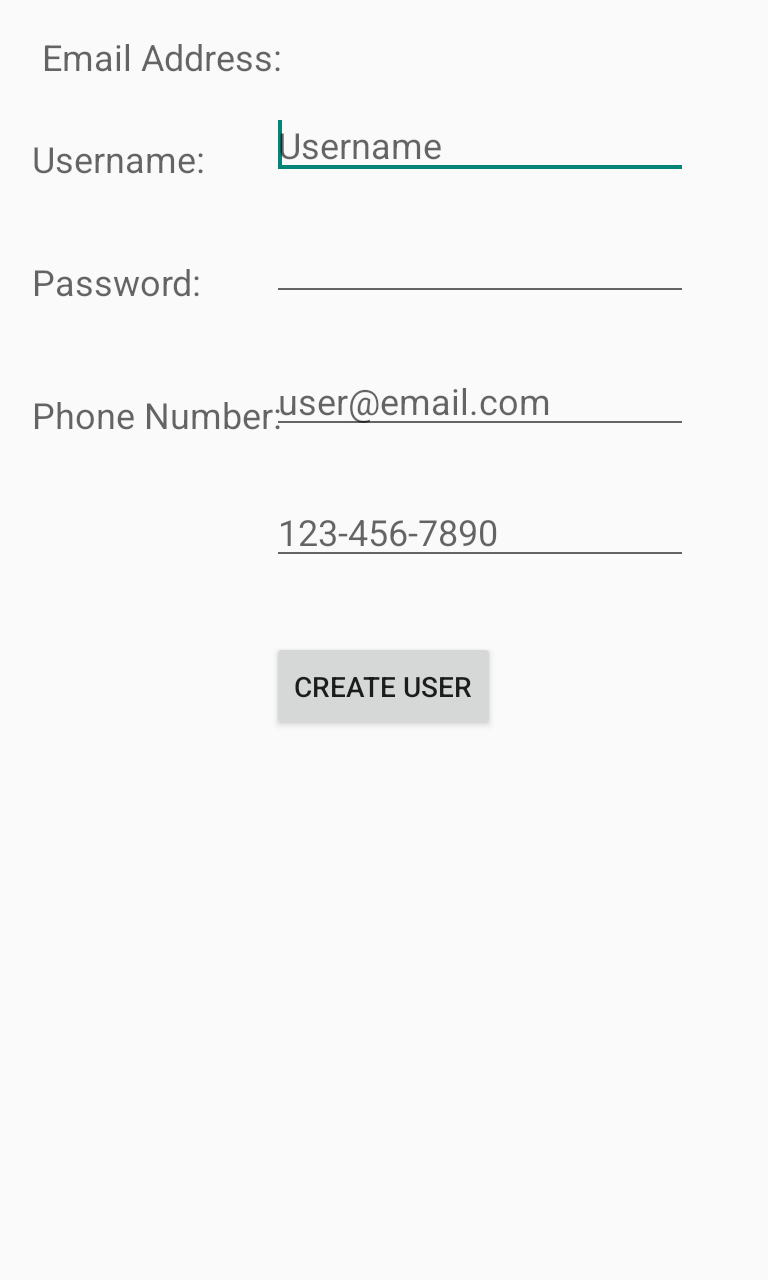
Repository: Sagarsaurus/Ecco
Layout: Ecco/res/layout/activity_create_user.xml
The author's editor kept a copy of each file at every save. The layout is drawn from the files as they stood at one save, then again after the next save.
It is drawn on a 768 x 1280 px phone screen (xhdpi) without system bars, with theme AppTheme; the app's code is not run.

Above is the layout before, as saved 2014-11-16 20:47:34.

### Ecco/res/layout/activity_create_user.xml
<RelativeLayout xmlns:android="http://schemas.android.com/apk/res/android"
    xmlns:tools="http://schemas.android.com/tools"
    android:layout_width="match_parent"
    android:layout_height="match_parent"
    android:paddingBottom="@dimen/activity_vertical_margin"
    android:paddingLeft="@dimen/activity_horizontal_margin"
    android:paddingRight="@dimen/activity_horizontal_margin"
    android:paddingTop="@dimen/activity_vertical_margin"
    tools:context="com.application.ecco.CreateUserActivity" >

    <EditText
        android:id="@+id/username"
        android:layout_width="wrap_content"
        android:layout_height="wrap_content"
        android:layout_alignLeft="@+id/button1"
        android:layout_alignParentTop="true"
        android:layout_marginTop="34dp"
        android:ems="10"
        android:hint="@string/Username" >

        <requestFocus />
    </EditText>

    <EditText
        android:id="@+id/password"
        android:layout_width="wrap_content"
        android:layout_height="wrap_content"
        android:layout_alignLeft="@+id/username"
        android:layout_below="@+id/username"
        android:layout_marginTop="20dp"
        android:ems="10"
        android:inputType="textPassword" />

    <EditText
        android:id="@+id/email"
        android:layout_width="wrap_content"
        android:layout_height="wrap_content"
        android:layout_alignLeft="@+id/username"
        android:layout_below="@+id/password"
        android:layout_marginTop="25dp"
        android:ems="10"
        android:hint="@string/emailhint"
        android:inputType="textEmailAddress" />

    <EditText
        android:id="@+id/phone"
        android:layout_width="wrap_content"
        android:layout_height="wrap_content"
        android:layout_alignLeft="@+id/password"
        android:layout_below="@+id/email"
        android:layout_marginTop="24dp"
        android:ems="10"
        android:hint="@string/phonehint"
        android:inputType="phone"/>

    <Button
        android:id="@+id/button1"
        android:onClick="postAndCreateUser"
        android:layout_width="wrap_content"
        android:layout_height="wrap_content"
        android:layout_below="@+id/phone"
        android:layout_centerHorizontal="true"
        android:layout_marginTop="34dp"
        android:text="@string/createUser" />

    <TextView
        android:id="@+id/textView1"
        android:layout_width="wrap_content"
        android:layout_height="wrap_content"
        android:layout_above="@+id/password"
        android:layout_alignParentLeft="true"
        android:text="Username:"
        android:textAppearance="?android:attr/textAppearanceMedium" />

    <TextView
        android:id="@+id/TextView01"
        android:layout_width="wrap_content"
        android:layout_height="wrap_content"
        android:layout_alignBottom="@+id/password"
        android:layout_alignLeft="@+id/textView1"
        android:text="Password:"
        android:textAppearance="?android:attr/textAppearanceMedium" />

    <TextView
        android:id="@+id/TextView03"
        android:layout_width="wrap_content"
        android:layout_height="wrap_content"
        android:layout_alignBottom="@+id/email"
        android:layout_toLeftOf="@+id/EditText01"
        android:text="Phone Number:"
        android:textAppearance="?android:attr/textAppearanceMedium" />

    <TextView
        android:id="@+id/TextView02"
        android:layout_width="wrap_content"
        android:layout_height="wrap_content"
        android:layout_alignBaseline="@+id/editText3"
        android:layout_alignBottom="@+id/editText3"
        android:layout_alignRight="@+id/TextView03"
        android:text="Email Address:"
        android:textAppearance="?android:attr/textAppearanceMedium" />

</RelativeLayout>

### Ecco/res/values/strings.xml
<?xml version="1.0" encoding="utf-8"?>
<resources>

    <string name="app_name">Ecco</string>
    <string name="hello_world">Hello world!</string>
    <string name="action_settings">Settings</string>
    <string name="Username">Username</string>
    <string name="Password">Password</string>
    <string name="Login">Login</string>
    <string name="createUser">Create User</string>
    <string name="title_activity_home">HomeActivity</string>
    <string name="title_section1">Section 1</string>
    <string name="title_section2">Section 2</string>
    <string name="title_section3">Section 3</string>
    <string name="navigation_drawer_open">Open navigation drawer</string>
    <string name="navigation_drawer_close">Close navigation drawer</string>
    <string name="action_example">Example action</string>
    <string name="title_activity_create_user">CreateUserActivity</string>
    <string name="Email">Email</string>
    <string name="Phone">Phone</string>
    <string name="emailhint">user@email.com</string>
    <string name="phonehint">123-456-7890</string>

</resources>

Loaded but not shown: Ecco/res/values/styles.xml (common file); Ecco/res/values-v11/styles.xml (common file); Ecco/res/values-v14/styles.xml (common file); Ecco/res/values/dimens.xml (common file); Ecco/res/values-w820dp/dimens.xml (common file)

After the next save:
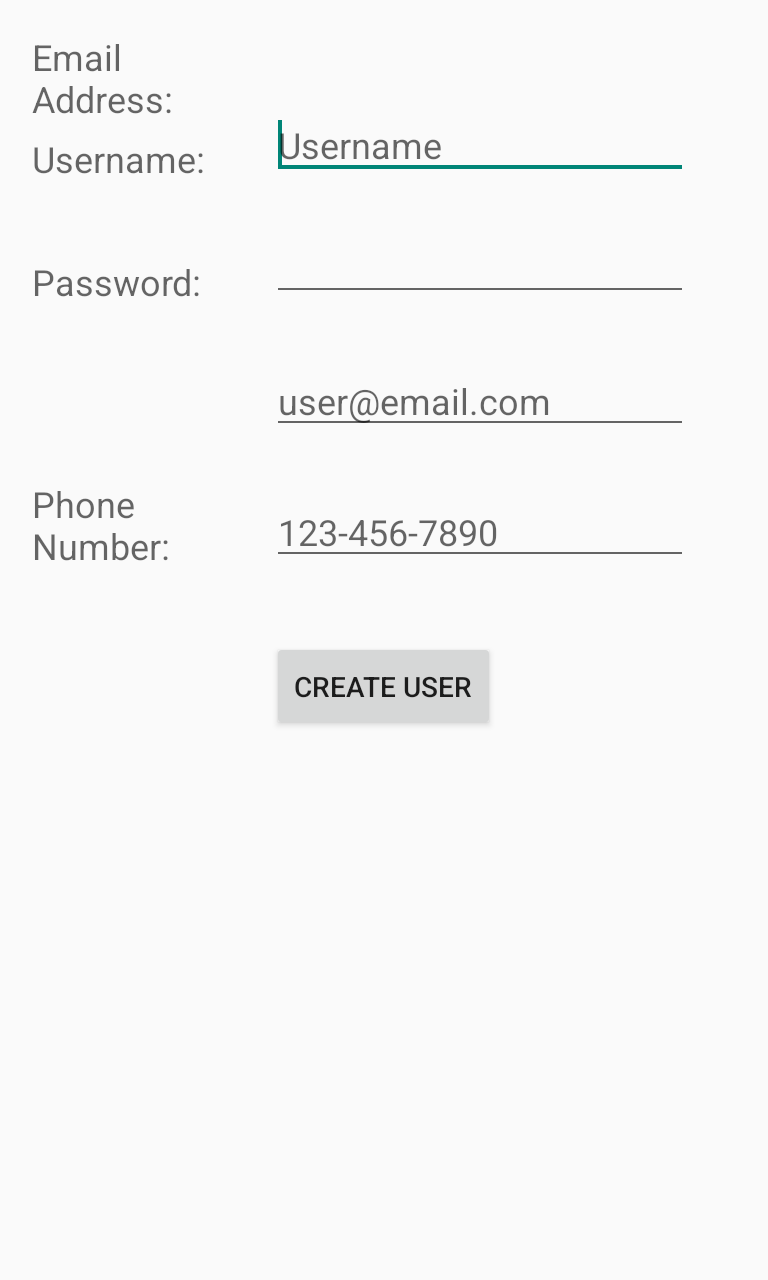
Saved 21 s later.
--- a/Ecco/res/layout/activity_create_user.xml
+++ b/Ecco/res/layout/activity_create_user.xml
@@ -85,8 +85,8 @@
         android:id="@+id/TextView03"
         android:layout_width="wrap_content"
         android:layout_height="wrap_content"
-        android:layout_alignBottom="@+id/email"
-        android:layout_toLeftOf="@+id/EditText01"
+        android:layout_alignBottom="@+id/phone"
+        android:layout_toLeftOf="@+id/phone"
         android:text="Phone Number:"
         android:textAppearance="?android:attr/textAppearanceMedium" />
 
